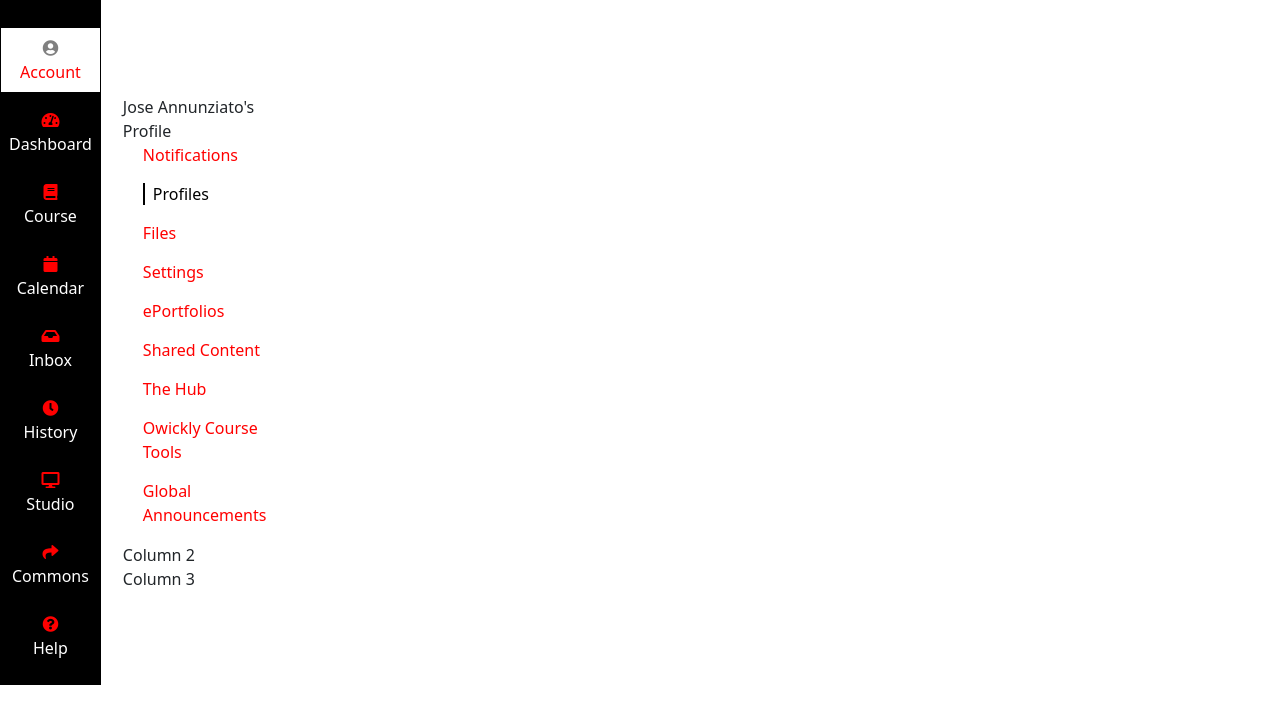
Repository: yuqiant/kanbas-react-web-app
Page: public/kanbas/accountcol.html
An editor plug-in stored every save of this project. The page is shown before and after the next save, followed by the edit.
The browser window is 1280 px wide. The pictures show the whole page.

Above is the page before, as saved 2023-10-04 12:51:05.

After the next save:
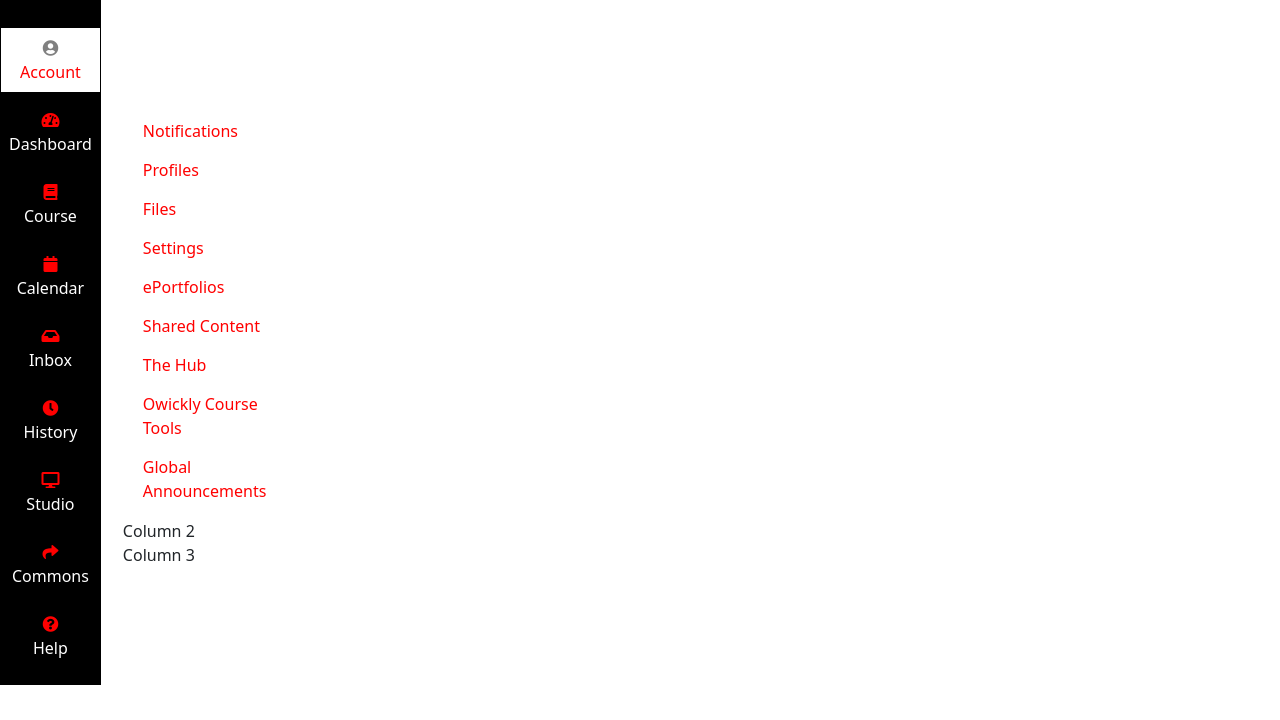
Saved 27 s later.
--- a/public/kanbas/accountcol.html
+++ b/public/kanbas/accountcol.html
@@ -61,12 +61,11 @@
 
                 </ul> -->
                 <div class="container">
-                    <div class="box">Jose Annunziato's Profile</div>
                     <div class="columns">
                         <div class="column1">
                             <ul>
                                 <li><a href="#">Notifications</a></li>
-                                <li class="active"><a href="profile/index.html">Profiles</a></li>
+                                <li><a href="profile/index.html">Profiles</a></li>
                                 <li><a href="#">Files</a></li>
                                 <li><a href="#">Settings</a></li>
                                 <li><a href="#">ePortfolios</a></li>
